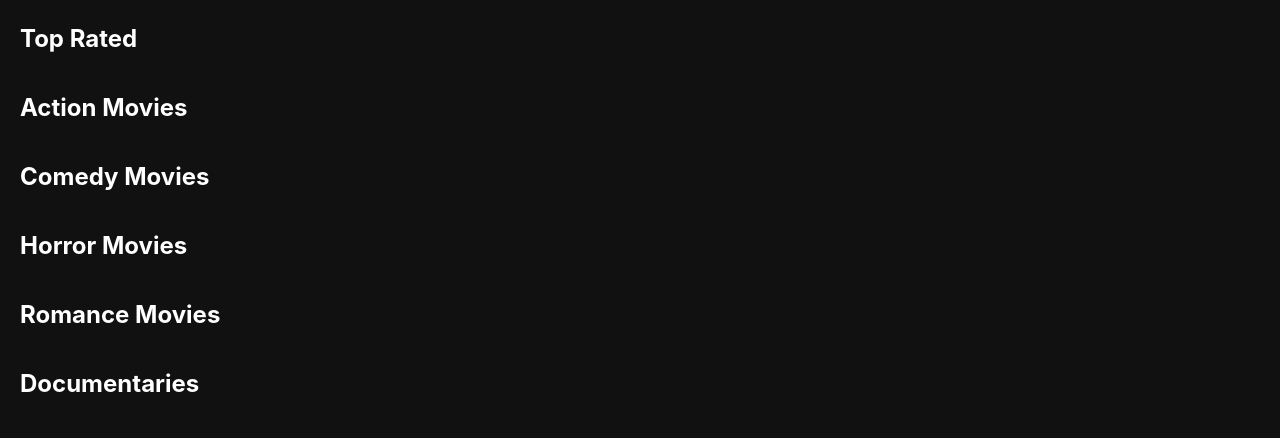
Repository: Aabhash45/Netflix-Clone
Page: /
An editor plug-in stored every save of this project. The page is shown before and after the next save, followed by the edit.
The browser window is 1280 px wide. The pictures show the part of the page from y = 562 to 1514 px (the page is 1000 px tall before and 1514 px after).
The page's requests for data from a server got no answer. The project was rebuilt for these pictures with package versions that can differ from the ones it lists, and the page was loaded fresh each time. No one was signed in, and anything a server would have sent is missing.

Above is the page before, as saved 2021-04-01 01:21:34.

After the next save:
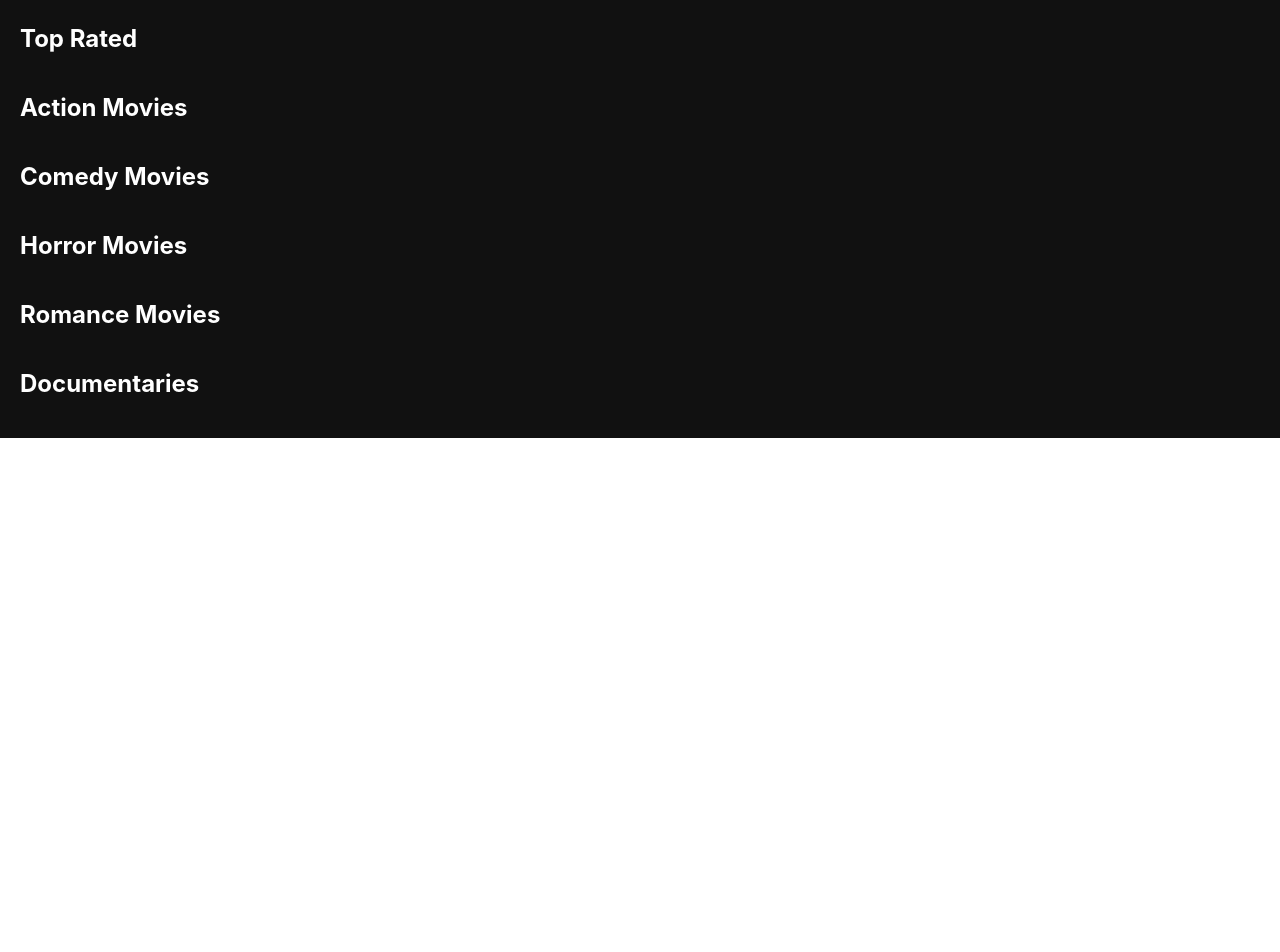
Saved 60 s later.
--- a/src/Banner.css
+++ b/src/Banner.css
@@ -47,6 +47,6 @@
 }
 
 .banner--fadeBottom{
-  height:7.4rem;
+  height:74rem;
   background-image: linear-gradient(180deg, transperant,rgba(37,37,37,0,61),#111);
 }

After the 2 saves that followed:
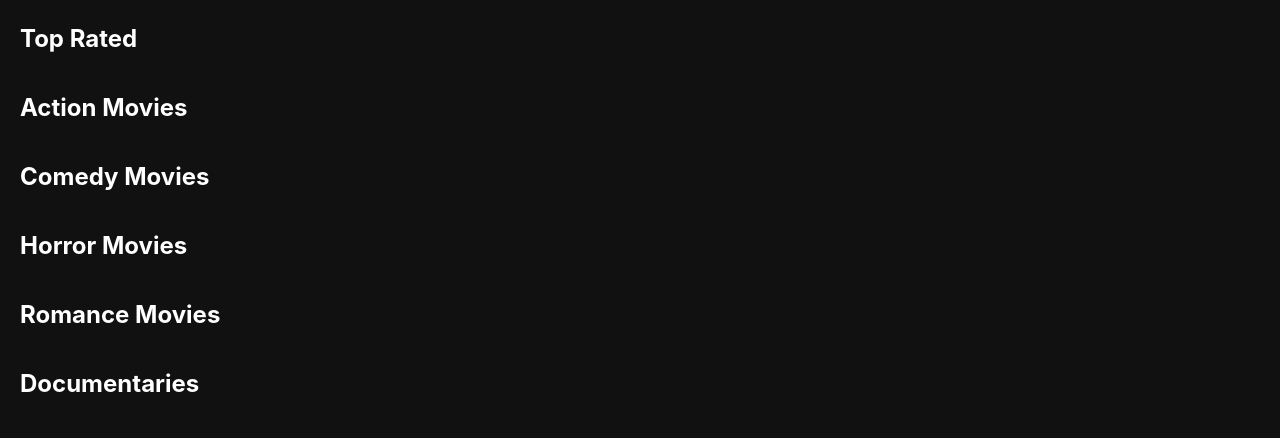
The 2 saves are shown as one change because 1 left the picture as it was.
The last was saved 2 min 24 s later.
--- a/src/Banner.css
+++ b/src/Banner.css
@@ -47,6 +47,6 @@
 }
 
 .banner--fadeBottom{
-  height:74rem;
-  background-image: linear-gradient(180deg, transperant,rgba(37,37,37,0,61),#111);
+  height:7.4rem;
+  /* background-image: linear-gradient(180deg, transperant,rgba(37,37,37,0,61),#111); */
 }
